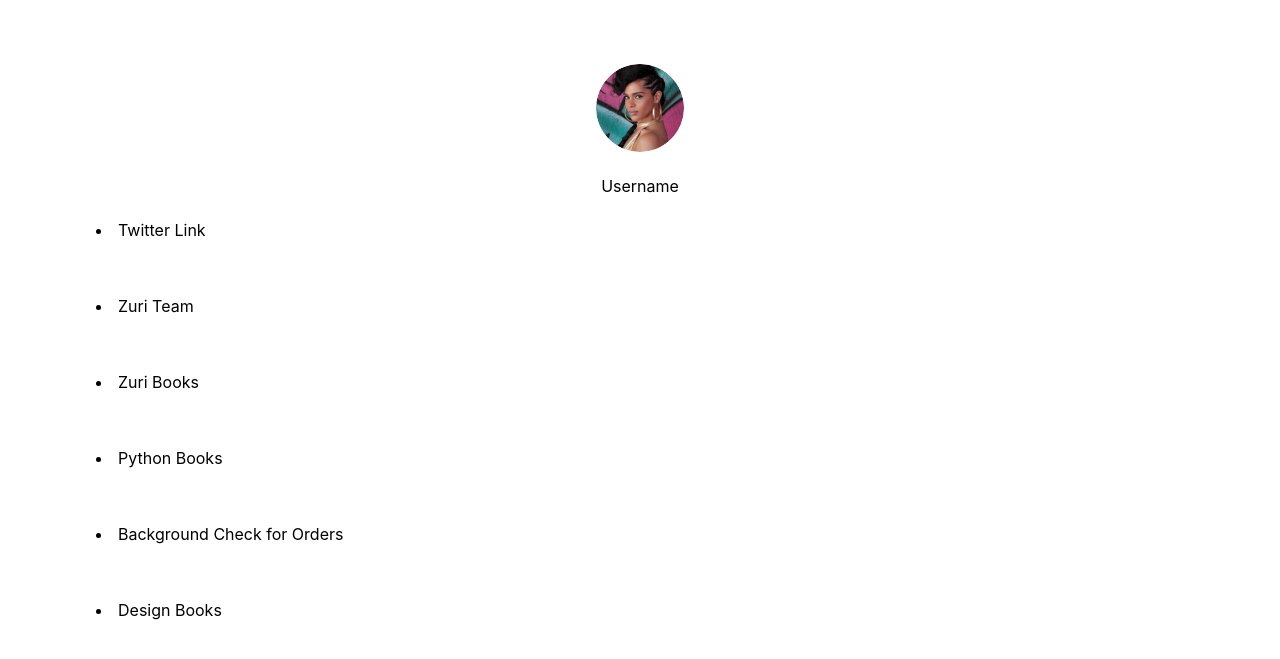
Repository: uh-sman/Zuri-task-one
Page: /
The author's editor kept a copy of each file at every save. The page is drawn from the files as they stood at one save, then again after the next save.
The browser window is 1280 px wide. The pictures show the whole page.
The project was rebuilt for these pictures with package versions that can differ from the ones it lists, and the page was loaded fresh each time.

Above is the page before, as saved 2022-10-23 19:04:36.

After the next save:
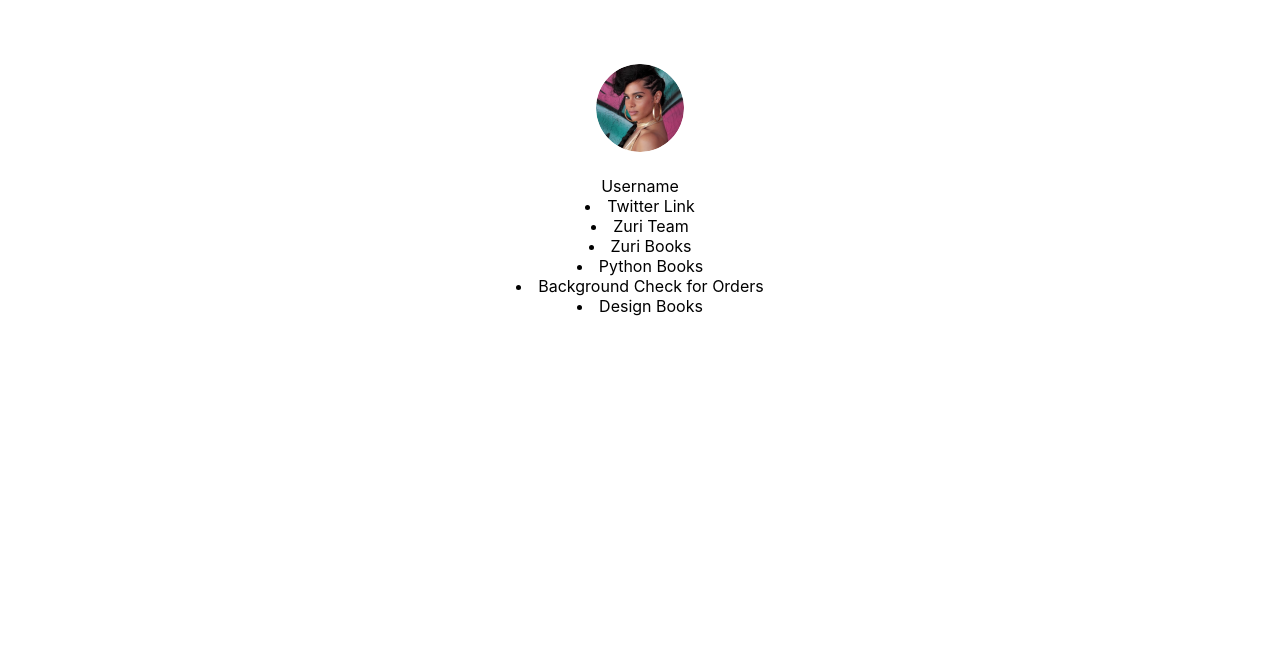
Saved 12 min 28 s later.
--- a/src/Components/body.css
+++ b/src/Components/body.css
@@ -6,13 +6,13 @@
   gap: 24px;
   /* isolation: isolate; */
 }
-.box {
+/* .box {
   height: 76px;
   width: 1152px;
   left: 0px;
   top: 0px;
   border-radius: 8px;
   padding: 24px 32px 24px 32px;
-  /* display: flex; */
-  /* justify-content: ; */
-}
+  display: flex;
+   justify-content: ;
+} */
